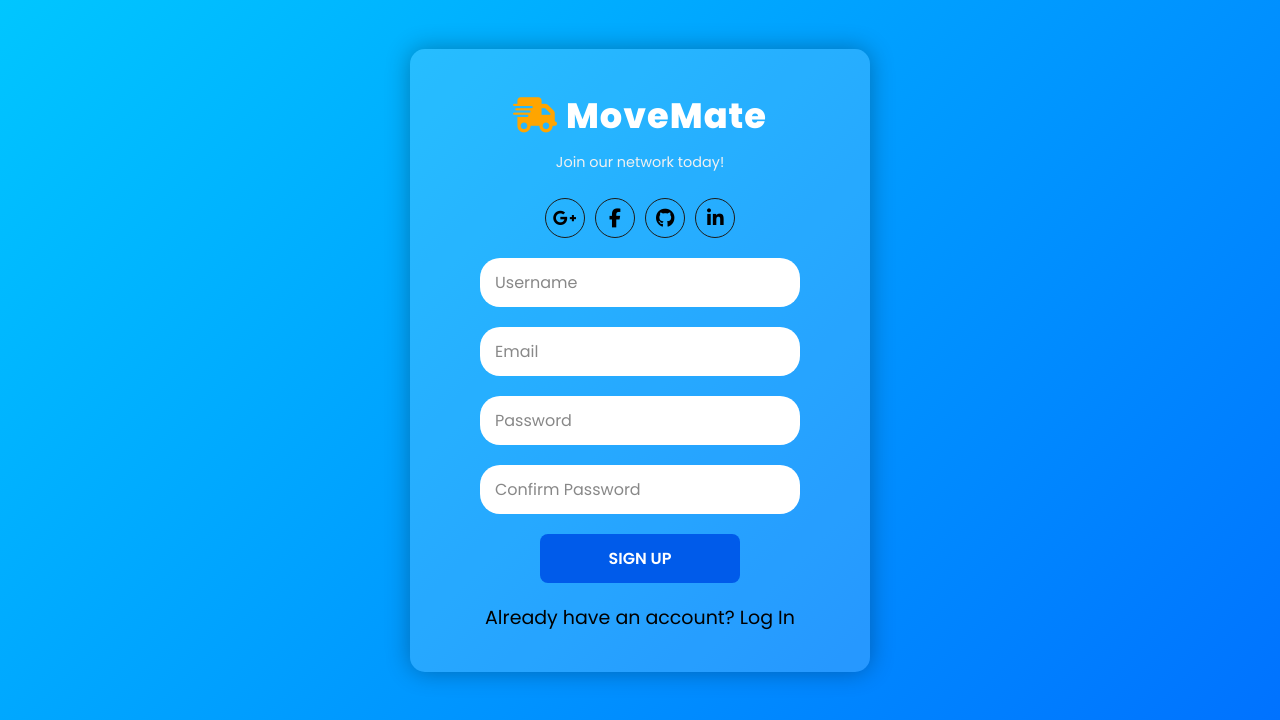
Repository: MoveMate7018/Slokdhorda7014
Page: registration.html
The author's editor kept a copy of each file at every save. The page is drawn from the files as they stood at one save, then again after the next save.
The browser window is 1280 px wide. The pictures show the whole page.

Above is the page before, as saved 2025-10-27 14:57:36.

After the next save:
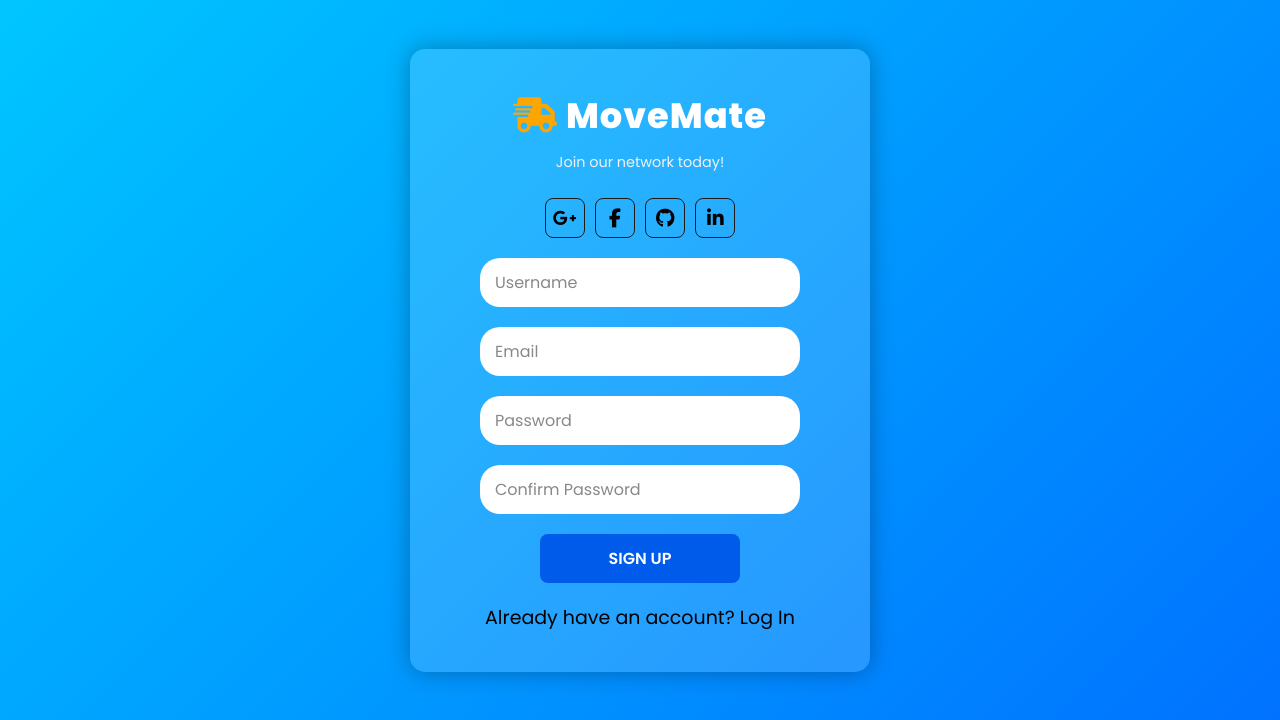
Saved 59 s later.
--- a/Assets/css/registration.css
+++ b/Assets/css/registration.css
@@ -205,18 +205,19 @@
          font-size: 19px;
          text-decoration: none;
          margin: 15px 0 10px;
-     }
+       }
+
          .extra-login-options{
            margin: 20px 0;
-     }
+        }
 
          .extra-login-options a{
             border: 1px solid #1F1C18;
-            border-radius: 50%;
+            border-radius: 20%;
             display: inline-flex;
             justify-content: center;
             align-items: center;
             margin: 0 3px;
             width: 40px;
             height: 40px;
-     }
+        }
